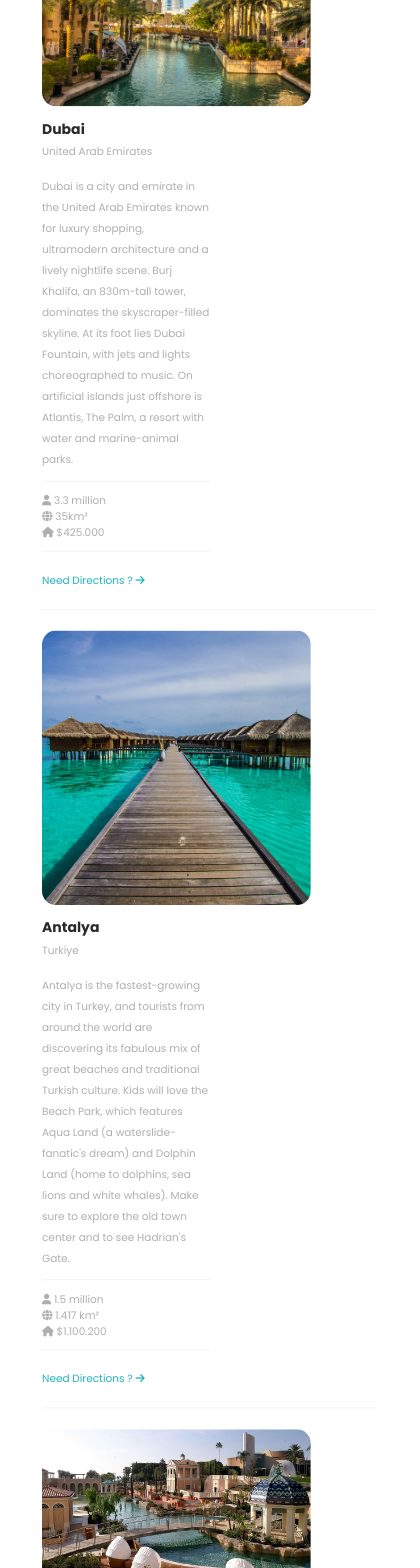
Repository: asadbekdev07/asadbekdev-zamontour-react
Page: /
These files come from the project's save history. The page is drawn as it stood at one moment and after the next save; the edit follows.
The browser window is 600 px wide. The pictures show the part of the page from y = 4137 to 6377 px (the page is 8108 px tall before and 8068 px after), at 70% of full size.
The project was rebuilt for these pictures with package versions that can differ from the ones it lists, and the page was loaded fresh each time. Also part of the build but not shown: vite.config.js.

Above is the page before, as saved 2024-05-26 20:12:23.

### index.html
<!doctype html>
<html lang="en">
  <head>
    <meta charset="UTF-8" />
    <link rel="icon" type="image/svg+xml" href="/vite.svg" />
    <meta name="viewport" content="width=device-width, initial-scale=1.0" />
    <title>Vite + React</title>
    <link rel="stylesheet" href="https://cdnjs.cloudflare.com/ajax/libs/font-awesome/6.5.2/css/all.min.css" integrity="sha512-SnH5WK+bZxgPHs44uWIX+LLJAJ9/2PkPKZ5QiAj6Ta86w+fsb2TkcmfRyVX3pBnMFcV7oQPJkl9QevSCWr3W6A==" crossorigin="anonymous" referrerpolicy="no-referrer" />

  </head>
  <body>
    <div id="root"></div>
    <script type="module" src="/src/main.jsx"></script>
  </body>
</html>

### src/main.jsx
import React from 'react'
import ReactDOM from 'react-dom/client'
import App from './assets/components/App'
import './assets/styles/index.css'
import './i18n'

ReactDOM.createRoot(document.getElementById('root')).render(
  <React.StrictMode>
    <App />
  </React.StrictMode>,
)

### src/assets/components/App.jsx
import Destination from "./Destination"
import Offers from "./Offers"
import SiteHeader from "./Site-header"
import SliderHero from "./Slider-hero"
import Visa from "./Visa"
import Visit from "./Visit"

function App() {

  return (
    <>
      <SiteHeader />
      <SliderHero />
      <Offers />
      <Visa />
      <Destination />
      <Visit />
    </>
  )
}

export default App

### src/assets/styles/index.css
/* CUSTOM PROPS */
:root {
  --primary-color: #22b3c1;
  --primary-bg-color: #ffffff;
  --border-color: #eeeeee;
  --secondary-text-color: #2a2a2a;
  --grayish-text-color: #afafaf;
  --form-border-color: #e0e0e0;
}

/* FONT-FACE  */
@font-face {
  font-family: "Poppins";
  src: url("../fonts/Poppins-Regular.woff2") format("woff2"), url("../fonts/Poppins-Regular.woff") format("woff");
  font-weight: normal;
  font-style: normal;
  font-display: swap;
}
@font-face {
  font-family: "Poppins";
  src: url("../fonts/Poppins-BoldItalic.woff2") format("woff2"), url("../fonts/Poppins-BoldItalic.woff") format("woff");
  font-weight: bold;
  font-style: italic;
  font-display: swap;
}
@font-face {
  font-family: "Poppins";
  src: url("../fonts/Poppins-SemiBold.woff2") format("woff2"), url("../fonts/Poppins-SemiBold.woff") format("woff");
  font-weight: 600;
  font-style: normal;
  font-display: swap;
}
@font-face {
  font-family: "Poppins";
  src: url("../fonts/Poppins-Medium.woff2") format("woff2"), url("../fonts/Poppins-Medium.woff") format("woff");
  font-weight: 500;
  font-style: normal;
  font-display: swap;
}
@font-face {
  font-family: "Poppins";
  src: url("../fonts/Poppins-Bold.woff2") format("woff2"), url("../fonts/Poppins-Bold.woff") format("woff");
  font-weight: bold;
  font-style: normal;
  font-display: swap;
}

/* GLOBAL  */
html {
  box-sizing: border-box;
  height: 100%;
  scroll-behavior: smooth;
}

*,
*::before,
*::after {
  box-sizing: inherit;
}

:focus {
  outline: 2px dotted var(--primary-color);
  outline-offset: 3px;
}

body {
  display: flex;
  flex-direction: column;
  height: 100%;
  padding: 0;
  margin: 0;
  font-weight: 400;
  font-family: "Poppins", "Arial", sans-serif;
  font-size: 15px;
  background-color: #ffffff;
  color: var(--grayish-text-color);
}

img {
  max-width: 100%;
  height: auto;
}

/* AUTOFILL-STYLES */
/*input:-webkit-autofill,
input:-webkit-autofill:hover,
input:-webkit-autofill:focus,
textarea:-webkit-autofill,
textarea:-webkit-autofill:hover,
textarea:-webkit-autofill:focus,
select:-webkit-autofill,
select:-webkit-autofill:hover,
select:-webkit-autofill:focus {
  border-color: transparent;
  -webkit-text-fill-color: inherit;
  -webkit-box-shadow: 0 0 0px 1000px #fff inset;
}*/


/* PLACEHOLDER-STYLES */
/*::-webkit-input-placeholder,
::-moz-placeholder,
:-ms-input-placeholder,
:-moz-placeholder {
  color: rgba(52, 49, 61, 0.5);
  opacity: 1;
}*/


/* VISUALLY-HIDDEN */
.visually-hidden {
  position: absolute;
  width: 1px;
  height: 1px;
  margin: -1px;
  border: 0;
  padding: 0;
  clip: rect(0 0 0 0);
  overflow: hidden;
}


/* CONTAINER  */
.container {
  width: 100%;
  max-width: 1200px;
  padding-left: 20px;
  padding-right: 20px;
  margin-left: auto;
  margin-right: auto;
}

/* MAIN-CONTENT  */
.main-content {
  flex-grow: 1;
}

/* BUTTON  */
.button {
  padding: 13px 30px;
  margin: 0;
  display: inline-block;
  border-radius: 25px;
  font-weight: 500;
  line-height: 21px;
  font-size: 14px;
  letter-spacing: 0.5px;
  transition: color 0.4s ease;
  text-transform: capitalize;
  border: 1px solid transparent;
  background-color: #22b3c1;
  color: #ffffff;
  overflow: hidden;
  text-decoration: none;
  cursor: pointer;
  white-space: nowrap;
  text-align: center;
}
.button:hover {
  opacity: 0.8;
}
.button:active {
  opacity: 0.6;
}

.button--arrow {
  color: #22b3c1;
  transition: all 0.5s ease;
  text-decoration: none;
}

.button--white {
  background-color: #ffffff;
  color: #22b3c1;
}
.button--white:hover {
  background-color: #22b3c1;
  color: #ffffff;
  opacity: 1;
}

.button--form {
  width: 100%;
  display: block;
}

.button--cta {
  border: 1px solid #e0e0e0;
}
.button--cta:hover {
  background-color: #ffffff;
  color: #22b3c1;
  opacity: 1;
}

/* SITE-HEADER  */
.site-header {
  position: relative;
  padding: 15px 20px;
  background-color: var(--primary-color);
}

.site-header :focus {
  outline: 2px dotted var(--primary-bg-color);
  outline-offset: 3px;
}

.site-header__container {
  display: flex;
  align-items: center;
  justify-content: space-between;
}

.site-header__sitenav {
  display: flex;
  align-items: center;
  justify-content: space-between;
}

.sitenav__list {
  padding: 0;
  margin: 0;
  list-style: none;
  display: flex;
  align-items: center;
}

.sitenav__item {
  margin-right: 30px;
}

.sitenav__link {
  text-decoration: none;
  color: var(--primary-bg-color);
  transition: color 0.4s ease;
}

.sitenav__link:hover {
  color: var(--secondary-text-color);
}

.sitenav__link:active {
  opacity: 0.6;
}

.lang {
  margin: 0;
  padding: 0;
  list-style: none;
  display: flex;
  align-items: center;
}

.lang__item {
  margin-right: 30px;
}

.lang__link {
  text-decoration: none;
  color: var(--primary-bg-color);
  transition: color 0.4s ease;
}

.lang__link:hover {
  color: var(--secondary-text-color);
}

.lang__link:active {
  opacity: 0.6;
}

.social {
  margin: 0;
  padding: 0;
  list-style: none;
  display: flex;
  align-items: center;
}

.social__item:not(:last-child) {
  margin-right: 30px;
}

.social__link {
  display: block;
  text-decoration: none;
}

.social__icon {
  display: block;
  color: var(--primary-bg-color);
}

.fa-telegram {
  transition: color 0.4s ease;
}

.fa-instagram {
  transition: color 0.4s ease;
}

.fa-telegram:hover {
  color: var(--secondary-text-color)
}

.fa-instagram:hover {
  color: var(--secondary-text-color)
}

.site-header__toggler {
  display: none;
  width: 24px;
  height: 22px;
  border: 0;
  background-color: transparent;
  padding: 0;
  margin: 0;
  color: var(--primary-bg-color);
}

/* SLIDER-HERO  */
.slider {
  background-position: center;
  background-repeat: no-repeat;
  background-size: cover;
}

.slider__container {
  width: 90%;
  padding-top: 90px;
  padding-bottom: 90px;
  display: flex;
  flex-direction: column;
  align-items: center;
}

.slider__top {
  padding-top: 50px;
  width: 100%;
  text-align: center;
}

.slider__top-heading {
  margin-top: 0;
  margin-bottom: 20px;
  font-weight: 500;
  font-size: 20px;
  color: var(--primary-bg-color);
}

.slider__top-city {
  margin-top: 0;
  margin-bottom: 30px;
  font-weight: 700;
  font-size: 50px;
  color: var(--primary-bg-color);
}

.slider__bottom {
  width: 100%;
}

.list {
  padding: 0;
  margin: 0;
  list-style: none;
  padding: 30px 60px;
  margin-top: 40px;
  display: flex;
  align-items: center;
  justify-content: space-between;
  border-radius: 60px;
  background-color: var(--primary-bg-color);
}

.list__item-inner {
  display: flex;
  align-items: center;
}
.list__item-inner .fa {
  display: flex;
  align-items: center;
  justify-content: center;
  margin-right: 20px;
  width: 60px;
  height: 60px;
  border-radius: 50%;
  line-height: 50px;
  font-size: 25px;
  text-align: center;
  border: 1px solid var(--primary-color);
  color: var(--primary-color);
}

.list__subheading {
  margin: 0;
  font-weight: 700;
  font-size: 20px;
  line-height: 28px;
  color: var(--primary-color);
}
.list__subheading span {
  font-weight: 400;
  font-size: 15px;
  color: var(--grayish-text-color);
}

.lang__link.selected {
  font-weight: bold;
  color: var(--primary-color);
  text-decoration: underline;
}

/* OFFERS  */
.offers,
.visa {
  position: relative;
  padding-top: 80px;
  padding-bottom: 80px;
}

.offers__content,
.visa__content {
  width: 70%;
  margin-left: 15%;
  margin-right: 15%;
  margin-bottom: 50px;
  text-align: center;
}

.offers__title,
.visa__title {
  margin-top: 0;
  margin-bottom: 20px;
  font-weight: 700;
  font-size: 30px;
  line-height: 36px;
  text-transform: capitalize;
  color: var(--secondary-text-color);
}

.offers__description,
.visa__description {
  line-height: 30px;
}

.offers__card,
.visa__card {
  width: 350px;
  height: 420px;
  border-radius: 8px;
  display: flex;
  cursor: pointer;
  align-items: center;
  justify-content: center;
  flex-direction: column;
  position: relative;
}

.offers__img,
.visa__img {
  height: 300px;
  padding-right: 150px;
  padding-bottom: 120px;
  border-top-left-radius: 23px;
  border-bottom-left-radius: 23px;
}


.visa__img {
  width: 50%;
  object-fit: cover;
}

.inner {
  position: absolute;
  right: 1%;
  display: flex;
  flex-direction: column;
  justify-content: center;
  position: absolute;
  z-index: 10000;
  width: 250px;
  padding: 25px;
  border-radius: 23px;
  box-shadow: 0px 0px 15px rgba(0, 0, 0, 0.15);
  background-color: var(--primary-bg-color);
}

.inner__top {
  display: flex;
  align-items: center;
  justify-content: space-between;
  padding-bottom: 10px;
  position: relative;
  margin-bottom: 15px;
  border-bottom: 1px solid #eee;
}

.inner__top h4 {
  font-size: 20px;
  line-height: 24px;
  color: var(--secondary-text-color);
  margin: 0;
}

.inner__top h6 {
  margin: 0;
  font-weight: 700;
  font-size: 20px;
  line-height: 24px;
  color: var(--primary-color);
}
.inner__top span {
  font-weight: 400;
  font-size: 15px;
  line-height: 18px;
}

.inner__list {
  margin: 0;
  padding: 0;
  list-style: none;
  margin-bottom: 10px;
}

.inner__list li:not(:last-child) {
  margin-bottom: 10px;
}

.inner__list li:not(:first-child) {
  font-size: 14px;
  line-height: 21px;
  color: var(--grayish-text-color);
}

.inner__list-title {
  font-weight: 600;
  font-size: 14px;
  line-height: 20px;
  color: var(--secondary-text-color);
}

.swiper-buttons {
  display: flex;
  justify-content: center;
  position: absolute;
  left: 42%;
  bottom: 10%; /* Adjust as needed */
  width: 15%;
}

.swiper-button-next,
.swiper-button-prev {
  width: 46px;
  height: 46px;
  border-radius: 50%;
  border: 1.5px solid var(--primary-color);
  background-color: var(--primary-bg-color);
  color: var(--primary-color);
  text-align: center;
  line-height: 44px;
  cursor: pointer;
  box-shadow: 0 3px 6px rgba(0, 0, 0, 0.23);
  margin: 0 15px;
  font-size: 20px;
}

.swiper-button-next:hover,
.swiper-button-prev:hover {
  background-color: var(--primary-color);
  color: var(--primary-bg-color);
}

.swiper-button-next::after,
.swiper-button-prev::after {
  font-size: 20px; /* Custom size for the arrow icons */
}

/* DESTINATION  */
.destination {
  border-top: 1px solid var(--form-border-color);
  border-bottom: 1px solid var(--form-border-color);
  padding: 40px;
}

.destination__top,
.visit__content {
  width: 100%;
  max-width: 450px;
  margin-bottom: 65px;
}

.destination__top-heading,
.visit__heading {
  margin: 0;
  margin-bottom: 20px;
  font-weight: 700;
  font-size: 30px;
  line-height: 36px;
  color: #2a2a2a;
}

.destination__top-description,
.visit__description {
  margin: 0;
  line-height: 30px;
}

.destination__list,
.visit__list {
  padding: 0;
  margin: 0;
  list-style: none;
}

.destination__item {
  display: flex;
}
.destination__item:not(:last-child) {
  padding-bottom: 30px;
  margin-bottom: 30px;
  border-bottom: 1px solid #eeeeee;
}

.destination__img {
  margin-right: 24px;
  border-radius: 20px;
}

.destination__inner {
  width: 75%;
  position: relative;
}

.destination__inner-heading,
.visit__inner-heading {
  margin: 0;
  margin-bottom: 6px;
  font-weight: 700;
  font-size: 20px;
  line-height: 24px;
  color: #2a2a2a;
}

.destination__inner-span {
  line-height: 30px;
}

.button__wrapper {
  position: absolute;
  top: 0;
  right: 0;
}

.destination__inner-description {
  margin: 0;
  margin-top: 20px;
  line-height: 30px;
}

.destination__responsive-button {
  display: none;
}

/* VISIT  */
.visit {
  padding: 40px;
}

.visit__item {
  display: flex;
  padding-bottom: 30px;
  margin-bottom: 30px;
}
.visit__item:not(:last-child) {
  border-bottom: 1px solid #eeeeee;
}

.visit__img {
  margin-right: 24px;
  width: 340px;
  height: auto;
  object-fit: cover;
  border-radius: 20px;
  overflow: hidden;
}

.visit__inner {
  width: 50%;
  position: relative;
}

.visit__inner-span {
  line-height: 30px;
}
.visit__inner-description {
  margin: 0;
  margin-top: 20px;
  margin-bottom: 15px;
  line-height: 30px;
}

.visit__info {
  padding: 0;
  margin: 0;
  list-style: none;
  display: flex;
  align-items: center;
  justify-content: space-between;
  margin-bottom: 29px;
  padding: 15px 0;
  border-top: 1px solid #eeeeee;
  border-bottom: 1px solid #eeeeee;
}

@media only screen and (min-width: 1000px) and (max-width: 1200px) {
  .offers__card {
    width: 30%;
  }

  .offers__img {
    height: 300px;
    padding-right: 85px;
    padding-bottom: 120px;
  }

  .inner {
    width: 210px;
    padding: 21px;
  }
}
@media only screen and (max-width: 1000px) {
  .offers__card {
    width: 45%;
  }

  .offers__img {
    height: 300px;
    padding-right: 60px;
    padding-bottom: 120px;
  }

  .inner {
    width: 225px;
    padding: 25px;
  }

  .swiper-buttons {
    left: 45%;
  }

  .swiper-button-next,
  .swiper-button-prev {
    margin: 0 0;
  }
}

@media only screen and (max-width: 1000px) {
  .destination {
    padding-left: 0;
    padding-right: 0;
  }
  .destination__img {
    width: 90%;
    margin-right: 0;
    margin-bottom: 20px;
  }
  .destination__inner {
    width: 90%;
  }
  .destination__item {
    display: flex;
    flex-direction: column;
    align-items: center;
  }
}

@media only screen and (max-width: 900px) {
  .site-header__sitenav {
    display: none;
  }

  .site-header__toggler {
    display: block;
  }

  .site-header.is-open .site-header__sitenav {
    z-index: 1000;
    width: 90%;
    display: flex;
    flex-direction: column;
    position: absolute;
    top: 90%;
    left: 5%;
    right: 5%;
    background-color: var(--primary-bg-color);
  }

  .site-header.is-open .sitenav {
    width: 100%;
  }

  .site-header.is-open .sitenav__list,
  .site-header.is-open .social,
  .site-header.is-open .lang {
    display: flex;
    flex-direction: column;
    width: 100%;
  }

  .site-header.is-open .sitenav__item,
  .site-header.is-open .lang__item,
  .site-header.is-open .social__item {
    width: 100%;
    margin: 0;
    padding-top: 8px;
    padding-bottom: 8px;
    border-bottom: 1px solid var(--form-border-color);
    text-align: center;
  }

  .site-header.is-open .sitenav__link,
  .site-header.is-open .lang__link,
  .site-header.is-open .social__link,
  .site-header.is-open .social__icon {
    color: var(--secondary-text-color);
  }

  .site-header.is-open .lang__link:hover,
  .site-header.is-open .social__link:hover,
  .site-header.is-open .social__icon:hover {
    color: var(--primary-color);
  }
  /* LIST */
  .list__subheading {
    font-size: 15px;
    line-height: 18px;
  }
  .list__subheading span {
    font-size: 12px;
  }
  .list__item-inner .fa {
    margin-right: 15px;
    width: 50px;
    height: 50px;
    border-radius: 50%;
    line-height: 40px;
    font-size: 20px;
  }
}

@media only screen and (max-width: 850px) {
  .button__wrapper--visit {
    display: none;
  }
}

@media only screen and (max-width: 800px) {
  .button {
    padding: 10px 20px;
    border-radius: 20px;
    font-weight: 400;
    line-height: 15px;
    font-size: 13px;
    letter-spacing: 0.5px;
  }
  /* SLIDER  */
  .slider__top-heading {
    margin-bottom: 18px;
    font-weight: 500;
    font-size: 16px;
  }
  .slider__top-city {
    margin-top: 0;
    margin-bottom: 25px;
    font-weight: 700;
    font-size: 40px;
  }

  .swiper-button-next,
  .swiper-button-prev {
    margin: 0 -8px;
  }
  .visit__info {
    flex-direction: column;
    align-items: flex-start;
  }
}

@media only screen and (min-width: 500px) and (max-width: 700px) {
  .offers__img,
  .visa__img {
    padding-right: 120px;
  }
  .inner {
    width: 275px;
    margin-right: 30px;
  }
}

@media only screen and (max-width: 700px) {
  .list {
    padding: 20px 40px;
    margin-top: 30px;
    border-radius: 50px;
  }
  .list__item-inner .fa {
    margin-right: 12px;
    width: 35px;
    height: 35px;
    border-radius: 50%;
    line-height: 25px;
    font-size: 15px;
  }
  .list__subheading {
    font-size: 13px;
    line-height: 15px;
  }
  .list__subheading span {
    font-size: 10px;
  }
  .offers__content {
    width: 90%;
    margin-left: 5px;
    margin-right: 5px;
  }
  .offers__title,
  .visa__title {
    font-size: 25px;
  }
  .offers__description,
  .visa__description {
    line-height: 25px;
  }
  .offers__img {
    width: 300px;
  }
  .swiper-button-next,
  .swiper-button-prev {
    margin: 0 -12px;
  }
  .visit__item {
    flex-direction: column;
  }
  .visit__img {
    width: 80%;
    margin-bottom: 20px;
  }
}

@media only screen and (max-width: 600px) {
  .button {
    padding: 8px 18px;
    border-radius: 18px;
    font-weight: 400;
    line-height: 10px;
    font-size: 10px;
    letter-spacing: 0.5px;
  }
  /* SLIDER  */
  .slider {
    padding-top: 0;
    padding-bottom: 0;
  }
  .slider__top {
    padding-top: 20px;
  }
  .slider__top-heading {
    margin-bottom: 14px;
    font-weight: 500;
    font-size: 12px;
  }
  .slider__top-city {
    margin-top: 0;
    margin-bottom: 20px;
    font-weight: 700;
    font-size: 30px;
  }
  /* LIST  */
  .list__item-inner .fa {
    margin-right: 10px;
    width: 30px;
    height: 30px;
    border-radius: 50%;
    line-height: 20px;
    font-size: 12px;
  }
  .list__subheading {
    font-size: 10px;
    line-height: 12px;
  }
  .list__subheading span {
    font-size: 8px;
  }
  .swiper-button-next,
  .swiper-button-prev {
    margin: 0 -20px;
  }
  .destination__button {
    display: none;
  }
  .destination__inner-description {
    margin-bottom: 15px;
  }
  .destination__responsive-button {
    display: block;
  }
}

@media only screen and (max-width: 500px) {
  .button {
    padding: 6px 12px;
    border-radius: 15px;
    font-weight: 400;
    line-height: 1;
    font-size: 7px;
    letter-spacing: 0.5px;
  }
  /* SLIDER  */

  .slider__container {
    padding-top: 50px;
    padding-bottom: 50px;
  }
  /* LIST  */
  .list {
    padding: 15px 22px;
    margin-top: 25px;
    border-radius: 40px;
  }
  .list__item-inner .fa {
    margin-right: 5px;
    width: 20px;
    height: 20px;
    border-radius: 50%;
    line-height: 10px;
    font-size: 8px;
  }
  .list__subheading {
    font-size: 7px;
    line-height: 1;
  }
  .list__subheading span {
    font-size: 5px;
  }
  .offers__img {
    width: 230px;
  }
  .swiper-button-next,
  .swiper-button-prev {
    margin: 0 -35px;
  }
  .destination {
    padding-top: 60px;
  }

  .destination__top-heading {
    font-size: 25px;
    line-height: 30px;
    margin-bottom: 15px;
  }
}

@media
only screen and (-webkit-min-device-pixel-ratio: 2),
only screen and (   min--moz-device-pixel-ratio: 2),
only screen and (     -o-min-device-pixel-ratio: 2/1),
only screen and (        min-device-pixel-ratio: 2),
only screen and (                min-resolution: 192dpi),
only screen and (                min-resolution: 2dppx) {

}

### src/i18n.jsx
import i18n from 'i18next';
import { initReactI18next } from 'react-i18next';
import Backend from 'i18next-http-backend';
import laungageDetector from 'i18next-browser-languagedetector';
import enLang from '../public/locales/en.json'
import uzLang from '../public/locales/uz.json'
import ruLang from '../public/locales/ru.json'

i18n
.use(Backend)
.use(laungageDetector)
.use(initReactI18next)
.init({
  fallbackLng: 'en',
  lng: 'en',
  debug: true,
  resources: {
    en:{translation: enLang},
    uz:{translation: uzLang},
    ru:{translation: ruLang}
  }
})

export default i18n;

### src/assets/components/Destination.jsx
import afrasiab from "/img/afr.jpg";
import airplane from "/img/airplane.jpg";

const destinationData = [
  { img: afrasiab, heading: "Cheap Railway Tickets With Us", subheading: "Whole World", text: "Embark on a railway adventure and explore destinations worldwide. Whether it's the picturesque landscapes, bustling cities, or cultural gems, our rail services offer a unique and comfortable way to traverse the globe. Immerse yourself in the beauty of different cultures, all accessible through our extensive railway network. ." },
  { img: airplane, heading: "Cheap Railway Tickets With Us", subheading: "Global Destinations", text: "Embark on an airborne adventure and explore destinations worldwide. Whether it's the breathtaking landscapes, vibrant cities, or cultural treasures, our airline services provide a convenient and exhilarating way to navigate the globe. Immerse yourself in the richness of diverse cultures, all easily accessible through our extensive air travel network.." },
]

const Destination = () => {
  return (
    <section className="destination">
      <div className="container">
        <div className="destination__top">
          <h2 className="destination__top-heading">Explore Destinations With Ease</h2>
          <p className="destination__top-text">Find the best deals on railway and airplane tickets in each city, carefully selected for you.</p>
        </div>

        <ul className="destination__list">
          {destinationData.map((destination, index) =>(
            <li key={index} className="destination__item">
            <img className="destination__img" src={destination.img} alt="Airplane img" width={340} height={228}/>
            <div className="destination__inner">
              <h3 className="destination__inner-heading">{destination.heading}</h3>
              <span className="destination__inner-span">{destination.subheading}</span>
              <div className="button__wrapper">
                <a className="button destination__button" href="#contact">Explore More</a>
              </div>
              <p className="destination__inner-description">{destination.text}</p>
              <a className="button destination__responsive-button" href="#contact">Explore More</a>
            </div>
          </li>
          ))}
        </ul>
      </div>
    </section>
  )
}

export default Destination

### src/assets/components/Slider-hero.jsx
import React from 'react';
import { Swiper, SwiperSlide } from 'swiper/react';
import 'swiper/css';
import 'swiper/css/pagination';
import 'swiper/css/navigation';


import { Autoplay, Pagination, Navigation } from 'swiper/modules';

import istanbulImg from '/img/istanbul.jpg';
import antalyaImg from '/img/antalya.jpg';
import dubaiImg from '/img/dubai2.jpg';
import sharmImg from '/img/sharm.jpg';

const slidesData = [
  {
    img: istanbulImg,
    city: 'Istanbul',
    population: '15.5 M',
    territory: '5.461 km²',
    avgPrice: '$946.000'
  },
  {
    img: antalyaImg,
    city: 'Antalya',
    population: '1.5 M',
    territory: '1.417 km²',
    avgPrice: '$1.100.200'
  },
  {
    img: dubaiImg,
    city: 'Dubai',
    population: '3.3 M',
    territory: '35 km²',
    avgPrice: '$425.000'
  },
  {
    img: sharmImg,
    city: 'Sharm El-Sheikh',
    population: '0.07 M',
    territory: '45 km²',
    avgPrice: '$165.450'
  }
];

const SlideContent = ({ img, city, population, territory, avgPrice }) => (
  <section className="slider" style={{ backgroundImage: `url(${img})` }}>
    <div className="container slider__container">
      <div className="slider__top">
        <h3 className="slider__top-heading">Take a Glimpse Into The Beautiful City Of:</h3>
        <h2 className="slider__top-city">{city}</h2>
        <a className="button button--cta" href="#contact">Go There</a>
      </div>
      <div className="slider__bottom">
        <ul className="slider__bottom-list list">
          <li className="list__item">
            <div className="list__item-inner">
              <i className="fa fa-user"></i>
              <h4 className="list__subheading">
                <span>Population:</span><br />{population}
              </h4>
            </div>
          </li>
          <li className="list__item">
            <div className="list__item-inner">
              <i className="fa fa-globe"></i>
              <h4 className="list__subheading">
                <span>Territory:</span><br />{territory}
              </h4>
            </div>
          </li>
          <li className="list__item">
            <div className="list__item-inner">
              <i className="fa fa-home"></i>
              <h4 className="list__subheading">
                <span>Avg Price:</span><br />{avgPrice}
              </h4>
            </div>
          </li>
          <div className="list__item-inner">
            <a className="button" href="#contact">Explore More</a>
          </div>
        </ul>
      </div>
    </div>
  </section>
);

export default function SliderHero() {
  return (
    <Swiper
      spaceBetween={5}
      centeredSlides={true}
      autoplay={{
        delay: 5500,
        disableOnInteraction: false,
      }}
      pagination={{
        clickable: true,
      }}
      loop={true}
      navigation={false}
      modules={[Autoplay, Pagination, Navigation]}
      className="mySwiper"
    >
      {slidesData.map((slide, index) => (
        <SwiperSlide key={index}>
          <SlideContent {...slide} />
        </SwiperSlide>
      ))}
    </Swiper>
  );
}

Loaded but not shown: public/locales/uz.json (12 lines, source omitted); public/locales/en.json (12 lines, source omitted); public/locales/ru.json (12 lines, source omitted); src/assets/components/Visit.jsx (52 lines, source omitted); src/assets/components/Site-header.jsx (106 lines, source omitted); src/assets/components/Offers.jsx (86 lines, source omitted); src/assets/components/Visa.jsx (86 lines, source omitted)

After the next save:
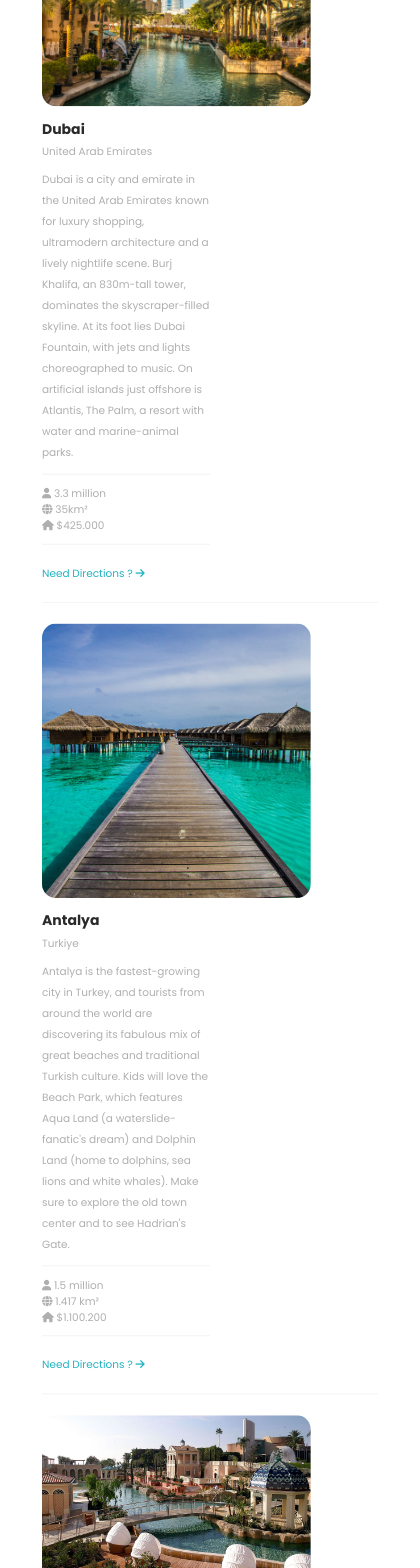
Saved 29 s later.
--- a/src/assets/styles/index.css
+++ b/src/assets/styles/index.css
@@ -947,6 +947,9 @@ select:-webkit-autofill:focus {
     width: 80%;
     margin-bottom: 20px;
   }
+  .visit__inner-description {
+    margin-top: 10px;
+  }
 }
 
 @media only screen and (max-width: 600px) {
